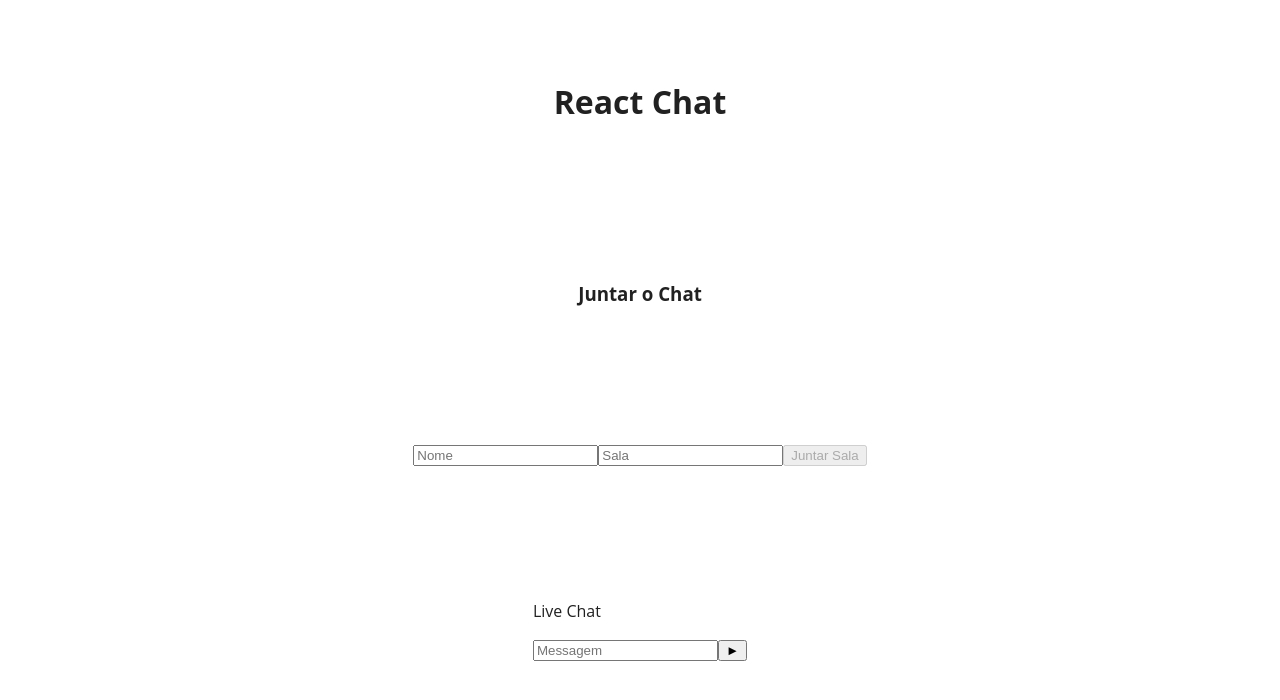
Repository: hierotsu/chat-rooms-react-
Page: / (app in client/)
These files come from the project's save history. The page is drawn as it stood at one moment and after the next save; the edit follows.
The browser window is 1280 px wide. The pictures show the whole page.
The page's requests for data from a server got no answer. The project was rebuilt for these pictures with package versions that can differ from the ones it lists, and the page was loaded fresh each time. No one was signed in, and anything a server would have sent is missing.

Above is the page before, as saved 2022-02-01 17:14:22.

### client/src/App.js
import { useState, useEffect } from 'react'
import io from 'socket.io-client'

import Chat from './components/Chat';

import './App.css';

const SERVER_URL = "http://localhost:3001"

const socket = io.connect(SERVER_URL,
  { query: { id: Math.floor(Math.random() * 1000) } })

function App() {
  const [username, setUsername] = useState('')
  const [room, setRoom] = useState('')
  const [joinButtonDisabled, setJoinButtonDisabled] = useState(true)

  useEffect(() => {
    setJoinButtonDisabled(username === '' || room === '')
  }, [username, room])

  const joinRoom = () => {
    if (username !== '' && room !== '') {
      socket.emit('join_room', room)
    }
  }

  return (
    <div className="App">
      <h1>React Chat</h1>

      <h3>Juntar o Chat</h3>
      <div>
        <input type="text" placeholder='Nome' onChange={e => setUsername(e.target.value)} />
        <input type="text" placeholder='Sala' onChange={e => setRoom(e.target.value)} />
        <button onClick={joinRoom} disabled={joinButtonDisabled}>Juntar Sala</button>
      </div>
      <Chat socket={socket} username={username} room={room} />
    </div>
  );
}

export default App;

### client/src/components/Chat.js
import { useState, useEffect } from 'react';

export default function Chat({ socket, username, room }) {
    const [currentMessage, setCurrentMessage] = useState('')

    useEffect(() => {
        socket.on('receive-message', (data) => {
            console.log('message-received', data)
        })
    }, [socket])

    const sendMessage = async () => {
        if (currentMessage !== '') {
            const messageData = {
                room,
                author: username,
                message: currentMessage,
                time: new Date(Date.now()).getHours() + ":" + ('0' + new Date(Date.now()).getMinutes()).slice(-2)
            }

            await socket.emit('send-message', messageData)
        }
    }

    return <div>
        <div className="chat-header">
            <p>Live Chat</p>
        </div>
        <div className="chat-body">

        </div>
        <div className="chat-footer">
            <input type="text" placeholder='Messagem' onChange={e => setCurrentMessage(e.target.value)} />
            <button onClick={sendMessage}>&#9658;</button>
        </div>
    </div>;
}

Loaded but not shown: client/public/index.html (common file); client/src/index.js (common file); client/src/index.css (common file); client/src/App.css (common file)

After the next save:
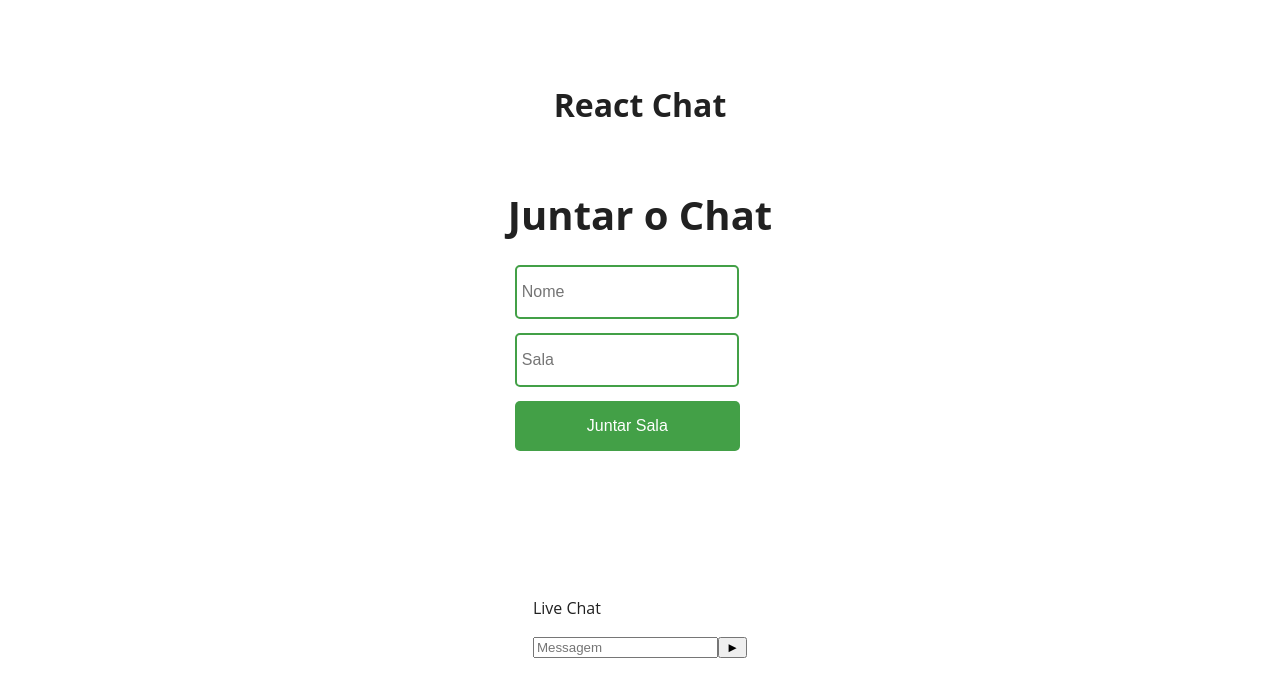
Saved 4 min 36 s later.
--- a/client/src/App.js
+++ b/client/src/App.js
@@ -27,10 +27,9 @@ function App() {
 
   return (
     <div className="App">
-      <h1>React Chat</h1>
-
-      <h3>Juntar o Chat</h3>
-      <div>
+      <div className="joinChatContainer">
+        <h1>React Chat</h1>
+        <h3>Juntar o Chat</h3>
         <input type="text" placeholder='Nome' onChange={e => setUsername(e.target.value)} />
         <input type="text" placeholder='Sala' onChange={e => setRoom(e.target.value)} />
         <button onClick={joinRoom} disabled={joinButtonDisabled}>Juntar Sala</button>
